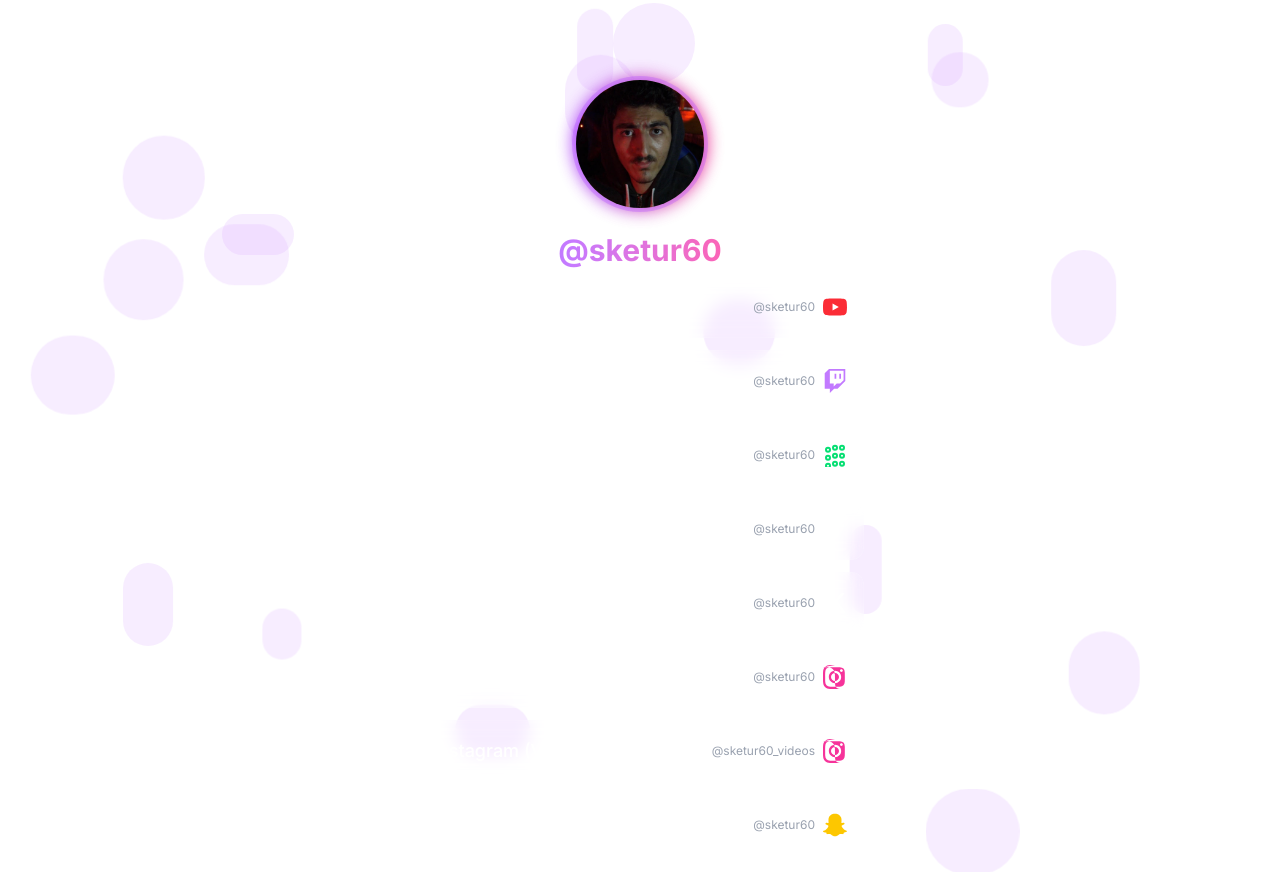
Repository: MehmetSalihK/sketur60
Page: /
These files come from the project's save history. The page is drawn as it stood at one moment and after the next save; the edit follows.
The browser window is 1280 px wide. The pictures show the whole page.
The project was rebuilt for these pictures with package versions that can differ from the ones it lists, and the page was loaded fresh each time. The framework's server and built-in components were replaced by stand-ins that run in the browser. Also part of the build but not shown: next.config.ts.

Above is the page before, as saved 2025-06-02 11:57:33.

After the next save:
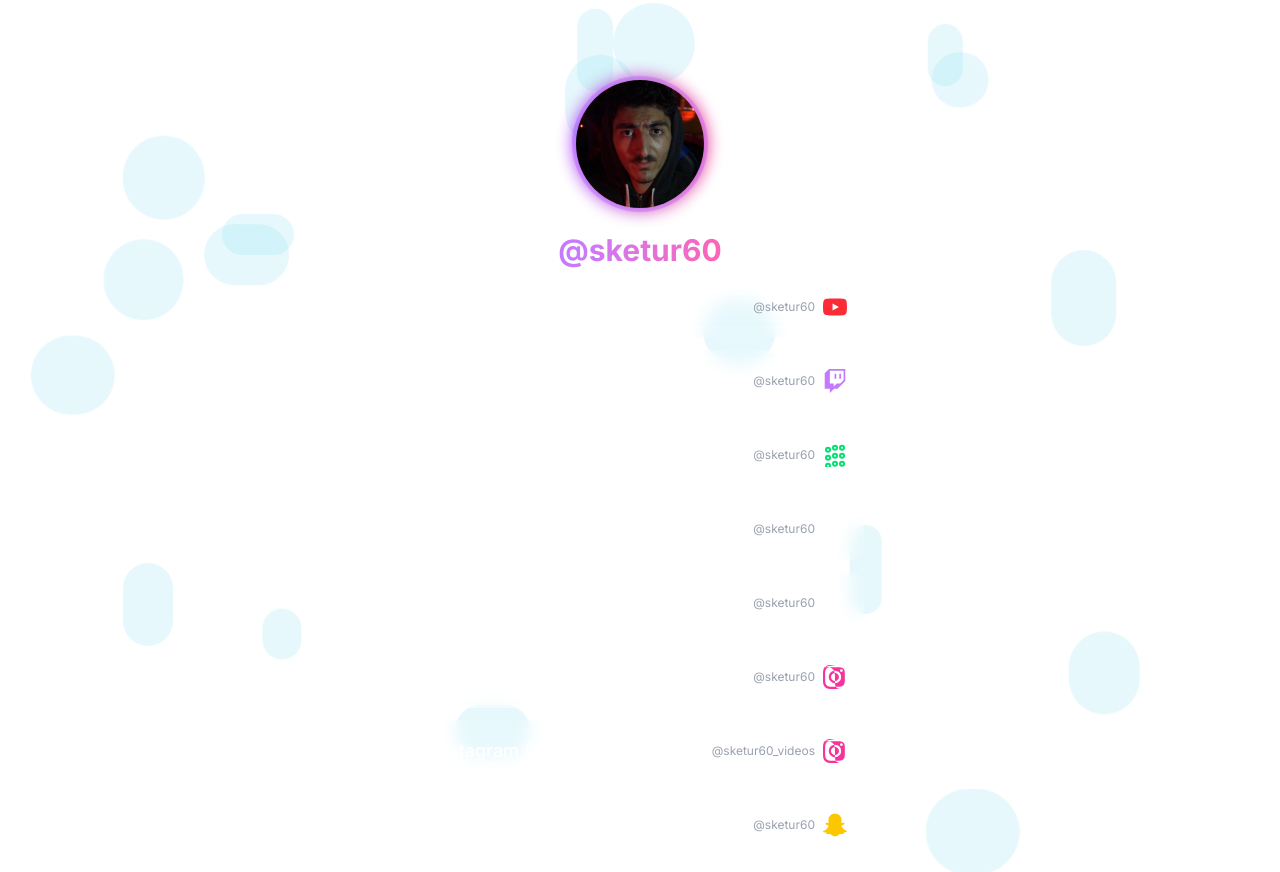
Saved 102 s later.
--- a/src/app/page.tsx
+++ b/src/app/page.tsx
@@ -3,14 +3,14 @@ import Link from 'next/link'
 
 export default function Home() {
   return (
-    <main className="min-h-screen bg-[radial-gradient(ellipse_at_top,_var(--tw-gradient-stops))] from-gray-900 via-purple-900 to-black text-white p-4 antialiased relative overflow-hidden">
+    <main className="min-h-screen bg-[radial-gradient(ellipse_at_top,_var(--tw-gradient-stops))] from-gray-900 via-cyan-900 to-black text-white p-4 antialiased relative overflow-hidden">
       {/* Particules animées */}
       <div className="absolute inset-0 overflow-hidden">
         <div className="absolute -inset-[10px] opacity-50">
           {[...Array(20)].map((_, i) => (
             <div
               key={i}
-              className="absolute rounded-full bg-purple-500/20"
+              className="absolute rounded-full bg-cyan-500/20"
               style={{
                 top: `${Math.random() * 100}%`,
                 left: `${Math.random() * 100}%`,
